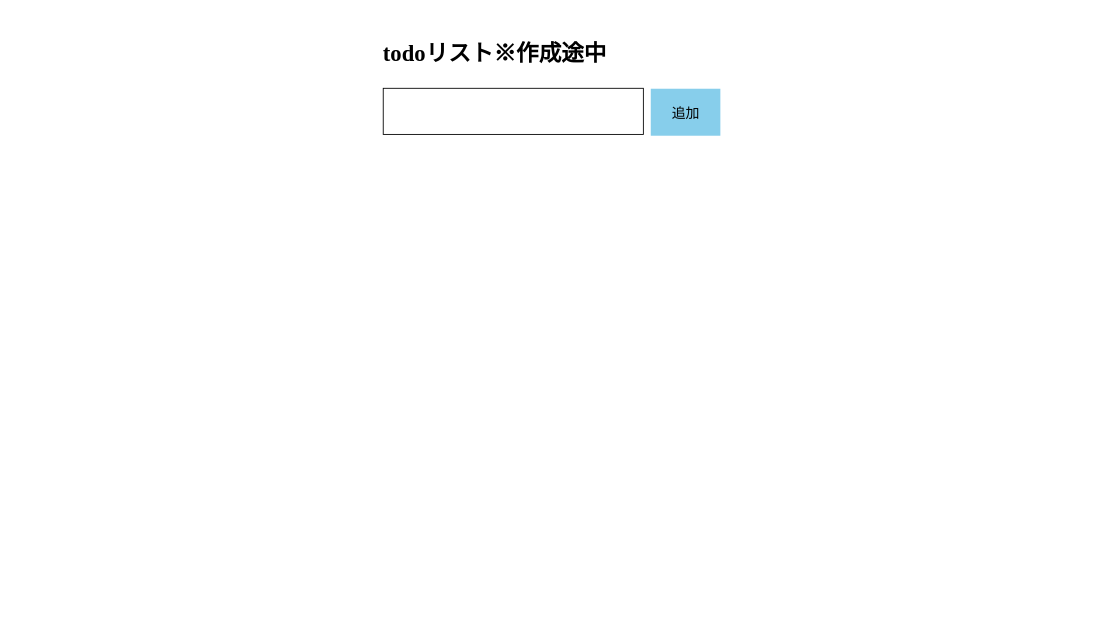
Repository: FujieRyou/react_practice
Page: /
These files come from the project's save history. The page is drawn as it stood at one moment and after the next save; the edit follows.
The browser window is 1280 px wide. The pictures show the whole page, at 87% of full size.
The project was rebuilt for these pictures with package versions that can differ from the ones it lists, and the page was loaded fresh each time. Also part of the build but not shown: vite.config.js, src/components/testComponent.jsx.

Above is the page before, as saved 2023-01-19 12:19:51.

### src/App.jsx
import { useEffect } from "react"
import { useRef } from "react"
import { useState } from "react"
import TestComponent from "./components/testComponent"
import styles from "./scss/style.scss"
import Todolist from "./components/todoComponent"
import CountUp from "./components/countUp"
import SwitchFlag from "./components/switchFlag"
import PropsPractice from "./components/props1"
import Profile from "./components/profile"
import ChangeIvent from "./components/ivent"
import InputInterlocking from "./components/inputInterlocking"
import NumArray from "./components/numArray"


const App = () =>{
  const profileInfo = [
    {name:"Takasi",age:20,from:"大阪"},
    {name:"Hirosi",age:19,from:"東京"},
    {name:"Musasi",age:21,from:"名古屋"},
]


  return(
    <div>
      {/* todolist作成中 */}
      <Todolist />

      {/* 押すたびにcountがupする(useState練習) */}
      {/* < CountUp /> */}

      {/* 押すたびにON,OFFがきりかわる(useState練習) */}
      {/* <SwitchFlag /> */}

    {/* props練習 */}
    {/* <PropsPractice color="red"/>
    <PropsPractice num={123}/>

    <Profile
      name={profileInfo[0].name}
      age={profileInfo[0].age}
      from={profileInfo[0].from}
    />

    <Profile
      {...profileInfo[1]}
    />

    <Profile/>

    <ChangeIvent />

    <InputInterlocking /> */}

    <NumArray />

    </div>






  )
}


export default App

### src/scss/style.scss
@forward "_ress";

input{
    border: solid 1px black;
    width: 200px;
    height: 32px;
}

.btn{
    width: 56px;
    height: 32px;
    background-color: aquamarine;
}

.list{
    width: 200px;
    height: 100px;
    background-color: tomato;
    border: solid 1px skyblue;
    padding: 10px 12px;
    list-style-type: none;
}

.component{
    width: 200px;
    height: 150px;
    border: solid 5px green;
    color: green;
}
.component.red{
    width: 200px;
    height: 150px;
    border: solid 5px red;
    color: red;
}

.mouseInOut{
    width: 200px;
    height: 200px;
    background-color: aquamarine;
    margin-top: 20px;
}

.todoWrap{
    width: 400px;
    height: auto;
    margin: 0 auto;
    padding-top: 40px;
    h2{
        font-size: 26px;
    }
}

.addBtn{
    width: 80px;
    height: 54px;
    background-color: skyblue;
    margin-left: 8px;
}

.txtArea{
    width: 300px;
    height: 54px;
    margin-top: 24px;
    font-size: 24px;
}

.additionBtn{
    width: 40px;
    height: 40px;
    background-color: skyblue;
    margin-left: 4px;
}

### src/components/todoComponent.jsx
import style from "../scss/style.scss"
import { useState } from "react";

const Todolist = () =>{
    const [val, setVal] = useState();

    return(
        <div className="todoWrap">
            <h2>todoリスト※作成途中</h2>
            <input type="text" id="txtArea" className="txtArea" />
            <button type="button" id="addBtn" className="addBtn">追加</button>
            <div id="listWrap">
            </div>
        </div>
    )
}

export default Todolist;

### src/components/numArray.jsx
import { useState } from "react"

const NumArray = () =>{
    const numArray = [1,2,3,4,5]
    const [num ,setNum] = useState(numArray)
    console.log(num);
    return(
        <div>

        </div>
    )
}

export default NumArray

### src/scss/_ress.scss
/*!
 * ress.css • v4.0.0
 * MIT License
 * github.com/filipelinhares/ress
 */

/* # =================================================================
   # Global selectors
   # ================================================================= */

   html {
    box-sizing: border-box;
    -webkit-text-size-adjust: 100%; /* Prevent adjustments of font size after orientation changes in iOS */
    word-break: normal;
    -moz-tab-size: 4;
    tab-size: 4;
  }

  *,
  ::before,
  ::after {
    background-repeat: no-repeat; /* Set `background-repeat: no-repeat` to all elements and pseudo elements */
    box-sizing: inherit;
  }

  ::before,
  ::after {
    text-decoration: inherit; /* Inherit text-decoration and vertical align to ::before and ::after pseudo elements */
    vertical-align: inherit;
  }

  * {
    padding: 0; /* Reset `padding` and `margin` of all elements */
    margin: 0;
  }

  /* # =================================================================
     # General elements
     # ================================================================= */

  hr {
    overflow: visible; /* Show the overflow in Edge and IE */
    height: 0; /* Add the correct box sizing in Firefox */
    color: inherit; /* Correct border color in Firefox. */
  }

  details,
  main {
    display: block; /* Render the `main` element consistently in IE. */
  }

  summary {
    display: list-item; /* Add the correct display in all browsers */
  }

  small {
    font-size: 80%; /* Set font-size to 80% in `small` elements */
  }

  [hidden] {
    display: none; /* Add the correct display in IE */
  }

  abbr[title] {
    border-bottom: none; /* Remove the bottom border in Chrome 57 */
    /* Add the correct text decoration in Chrome, Edge, IE, Opera, and Safari */
    text-decoration: underline;
    text-decoration: underline dotted;
  }

  a {
    background-color: transparent; /* Remove the gray background on active links in IE 10 */
  }

  a:active,
  a:hover {
    outline-width: 0; /* Remove the outline when hovering in all browsers */
  }

  code,
  kbd,
  pre,
  samp {
    font-family: monospace, monospace; /* Specify the font family of code elements */
  }

  pre {
    font-size: 1em; /* Correct the odd `em` font sizing in all browsers */
  }

  b,
  strong {
    font-weight: bolder; /* Add the correct font weight in Chrome, Edge, and Safari */
  }

  /* https://gist.github.com/unruthless/413930 */
  sub,
  sup {
    font-size: 75%;
    line-height: 0;
    position: relative;
    vertical-align: baseline;
  }

  sub {
    bottom: -0.25em;
  }

  sup {
    top: -0.5em;
  }

  table {
    border-color: inherit; /* Correct border color in all Chrome, Edge, and Safari. */
    text-indent: 0; /* Remove text indentation in Chrome, Edge, and Safari */
  }

  /* # =================================================================
     # Forms
     # ================================================================= */

  input {
    border-radius: 0;
  }

  /* Replace pointer cursor in disabled elements */
  [disabled] {
    cursor: default;
  }

  [type='number']::-webkit-inner-spin-button,
  [type='number']::-webkit-outer-spin-button {
    height: auto; /* Correct the cursor style of increment and decrement buttons in Chrome */
  }

  [type='search'] {
    -webkit-appearance: textfield; /* Correct the odd appearance in Chrome and Safari */
    outline-offset: -2px; /* Correct the outline style in Safari */
  }

  [type='search']::-webkit-search-decoration {
    -webkit-appearance: none; /* Remove the inner padding in Chrome and Safari on macOS */
  }

  textarea {
    overflow: auto; /* Internet Explorer 11+ */
    resize: vertical; /* Specify textarea resizability */
  }

  button,
  input,
  optgroup,
  select,
  textarea {
    font: inherit; /* Specify font inheritance of form elements */
  }

  optgroup {
    font-weight: bold; /* Restore the font weight unset by the previous rule */
  }

  button {
    overflow: visible; /* Address `overflow` set to `hidden` in IE 8/9/10/11 */
  }

  button,
  select {
    text-transform: none; /* Firefox 40+, Internet Explorer 11- */
  }

  /* Apply cursor pointer to button elements */
  button,
  [type='button'],
  [type='reset'],
  [type='submit'],
  [role='button'] {
    cursor: pointer;
    color: inherit;
  }

  /* Remove inner padding and border in Firefox 4+ */
  button::-moz-focus-inner,
  [type='button']::-moz-focus-inner,
  [type='reset']::-moz-focus-inner,
  [type='submit']::-moz-focus-inner {
    border-style: none;
    padding: 0;
  }

  /* Replace focus style removed in the border reset above */
  button:-moz-focusring,
  [type='button']::-moz-focus-inner,
  [type='reset']::-moz-focus-inner,
  [type='submit']::-moz-focus-inner {
    outline: 1px dotted ButtonText;
  }

  button,
  html [type='button'], /* Prevent a WebKit bug where (2) destroys native `audio` and `video`controls in Android 4 */
  [type='reset'],
  [type='submit'] {
    -webkit-appearance: button; /* Correct the inability to style clickable types in iOS */
  }

  /* Remove the default button styling in all browsers */
  button,
  input,
  select,
  textarea {
    background-color: transparent;
    border-style: none;
  }

  a:focus,
  button:focus,
  input:focus,
  select:focus,
  textarea:focus {
    outline-width: 0;
  }

  /* Style select like a standard input */
  select {
    -moz-appearance: none; /* Firefox 36+ */
    -webkit-appearance: none; /* Chrome 41+ */
  }

  select::-ms-expand {
    display: none; /* Internet Explorer 11+ */
  }

  select::-ms-value {
    color: currentColor; /* Internet Explorer 11+ */
  }

  legend {
    border: 0; /* Correct `color` not being inherited in IE 8/9/10/11 */
    color: inherit; /* Correct the color inheritance from `fieldset` elements in IE */
    display: table; /* Correct the text wrapping in Edge and IE */
    max-width: 100%; /* Correct the text wrapping in Edge and IE */
    white-space: normal; /* Correct the text wrapping in Edge and IE */
    max-width: 100%; /* Correct the text wrapping in Edge 18- and IE */
  }

  ::-webkit-file-upload-button {
    /* Correct the inability to style clickable types in iOS and Safari */
    -webkit-appearance: button;
    color: inherit;
    font: inherit; /* Change font properties to `inherit` in Chrome and Safari */
  }

  /* # =================================================================
     # Specify media element style
     # ================================================================= */

  img {
    border-style: none; /* Remove border when inside `a` element in IE 8/9/10 */
  }

  /* Add the correct vertical alignment in Chrome, Firefox, and Opera */
  progress {
    vertical-align: baseline;
  }

  /* # =================================================================
     # Accessibility
     # ================================================================= */

  /* Specify the progress cursor of updating elements */
  [aria-busy='true'] {
    cursor: progress;
  }

  /* Specify the pointer cursor of trigger elements */
  [aria-controls] {
    cursor: pointer;
  }

  /* Specify the unstyled cursor of disabled, not-editable, or otherwise inoperable elements */
  [aria-disabled='true'] {
    cursor: default;
  }

### src/components/countUp.jsx
import { useState } from "react"

const CountUp = () =>{
    // ユーザの動きに合わせて変わる値のことをstateという。
    // useStateは値を保持、更新ができる
    const [count,setCount] = useState(0);
    const [count2,setCount2] = useState(0);
    return(
        <div>
            <h2>カウントUPする</h2>
            <p>{count}</p>
            <button onClick={()=>{setCount(count+1)}}>UPボタン</button>
            <p>{count2}</p>
            <button onClick={()=>{setCount2(count2+1)}}>UPボタン</button>
        </div>
    )
}


export default CountUp;

### src/components/switchFlag.jsx
import { useState } from "react"

const SwitchFlag = () =>{
    const [onOff,setOnOff] = useState(flg(true))
    function flg(btn){
        return (btn ? "ON" : "OFF")
    }
    return(
        <div>
            <h2>電源{onOff}</h2>
            <button onClick={()=>{setOnOff(flg(true))}}>ON</button>
            <button onClick={()=>{setOnOff(flg(false))}}>OFF</button>
        </div>
    )
}

export default SwitchFlag

### src/components/props1.jsx
import style from "../scss/style.scss";

const PropsPractice = (props) =>{
    return(
        <div className={`component ${props.color}`}>
            <h3>Hello component</h3>
            <h3>{props.num}</h3>
        </div>
    )
}

export default PropsPractice;

### src/components/profile.jsx
const Profile = ({name="Fujie",age=21,from="大阪"}) =>{
    return(
        <div>
            <h3>Name:{name}</h3>
            <h3>Age:{age}</h3>
            <h3>From:{from}</h3>
        </div>
    )
}

export default Profile

### src/components/ivent.jsx
import style from "../scss/style.scss"

const ChangeIvent = () =>{

    return(
        <div>
            <h3>コンソールを確認する</h3>
            <input type="text"
            // onChange=>input内に入力されるたび感知
            onChange={() => console.log("onChange感知")}

            // onBlur=>focusが外れるたびに感知
            onBlur={(e)=>console.log(e.target.value)}

            // onFocus=>focusに感知
            onFocus={()=> console.log("onFocus感知")}
            />

            <div
            className="mouseInOut"
            onMouseEnter={()=> console.log("カーソルが入ってきました")}
            onMouseLeave={()=> console.log("カーソルがでました")}
            ></div>
        </div>
    )
}

export default ChangeIvent

### src/components/inputInterlocking.jsx
import { useState } from "react";
import style from "../scss/style.scss"

const InputInterlocking = () =>{
    let [nameVal,setNameVal] = useState()
    let [age,setAge] = useState(0)
    return(
        <div>
            <p>名前{nameVal}</p>
            <input type="text" onChange={(e)=>{
                setNameVal(e.target.value)
            }}/>

            <p>年齢{}</p>
            <input type="text" value={age}/>
            <button type="button" className="additionBtn" onClick={()=>{
                setAge(age+1)
            }}>+</button>
            <button type="button" className="additionBtn" onClick={()=>{
                setAge(age-1)
            }}>-</button>
        </div>
    )
}

export default InputInterlocking

Loaded but not shown: index.html (common file); src/main.jsx (common file)

After the next save:
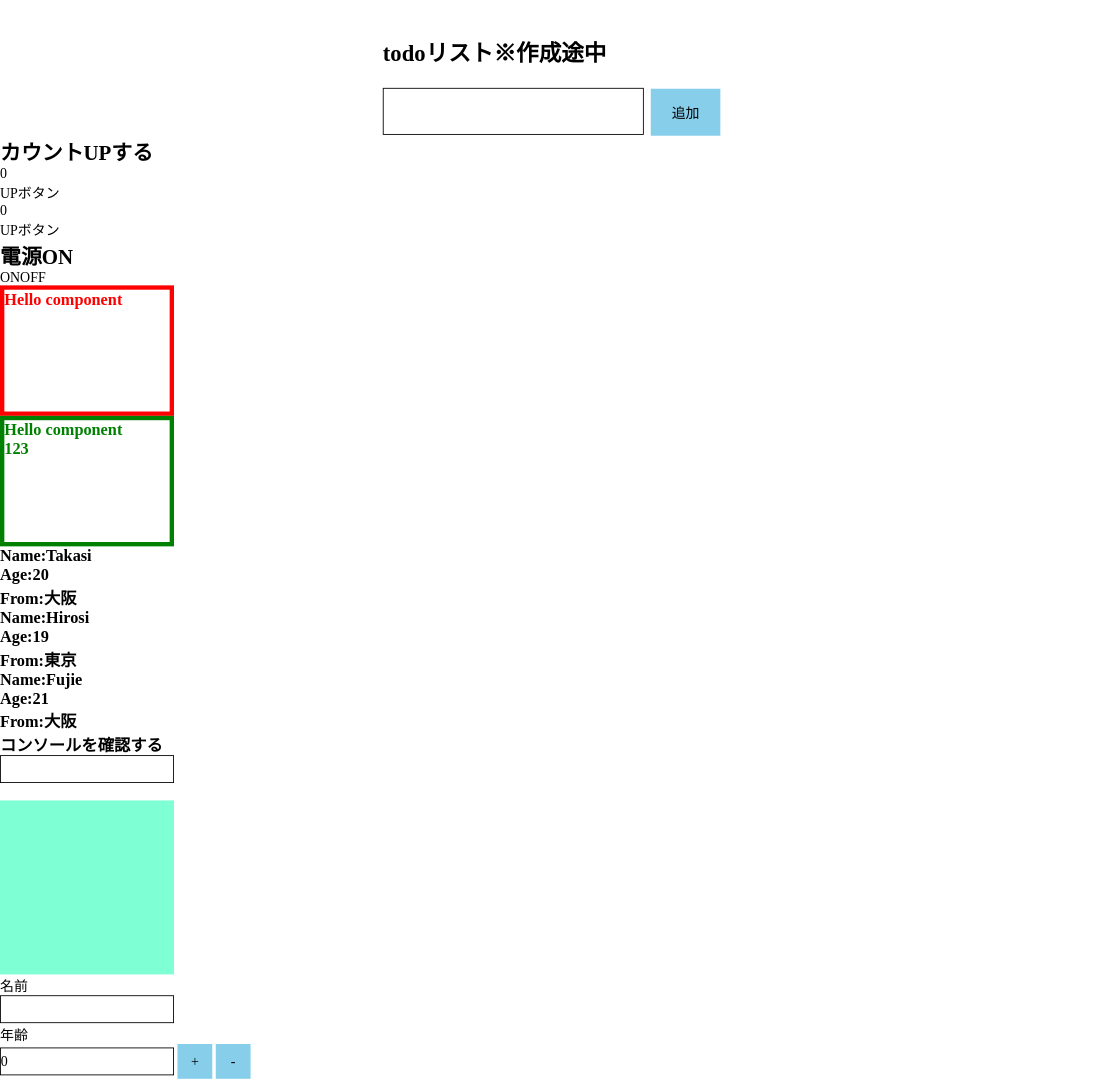
Saved 86 min 19 s later.
--- a/src/App.jsx
+++ b/src/App.jsx
@@ -27,13 +27,13 @@ const App = () =>{
       <Todolist />
 
       {/* 押すたびにcountがupする(useState練習) */}
-      {/* < CountUp /> */}
+      < CountUp />
 
       {/* 押すたびにON,OFFがきりかわる(useState練習) */}
-      {/* <SwitchFlag /> */}
+      <SwitchFlag />
 
     {/* props練習 */}
-    {/* <PropsPractice color="red"/>
+    <PropsPractice color="red"/>
     <PropsPractice num={123}/>
 
     <Profile
@@ -50,7 +50,7 @@ const App = () =>{
 
     <ChangeIvent />
 
-    <InputInterlocking /> */}
+    <InputInterlocking />
 
     <NumArray />
 
